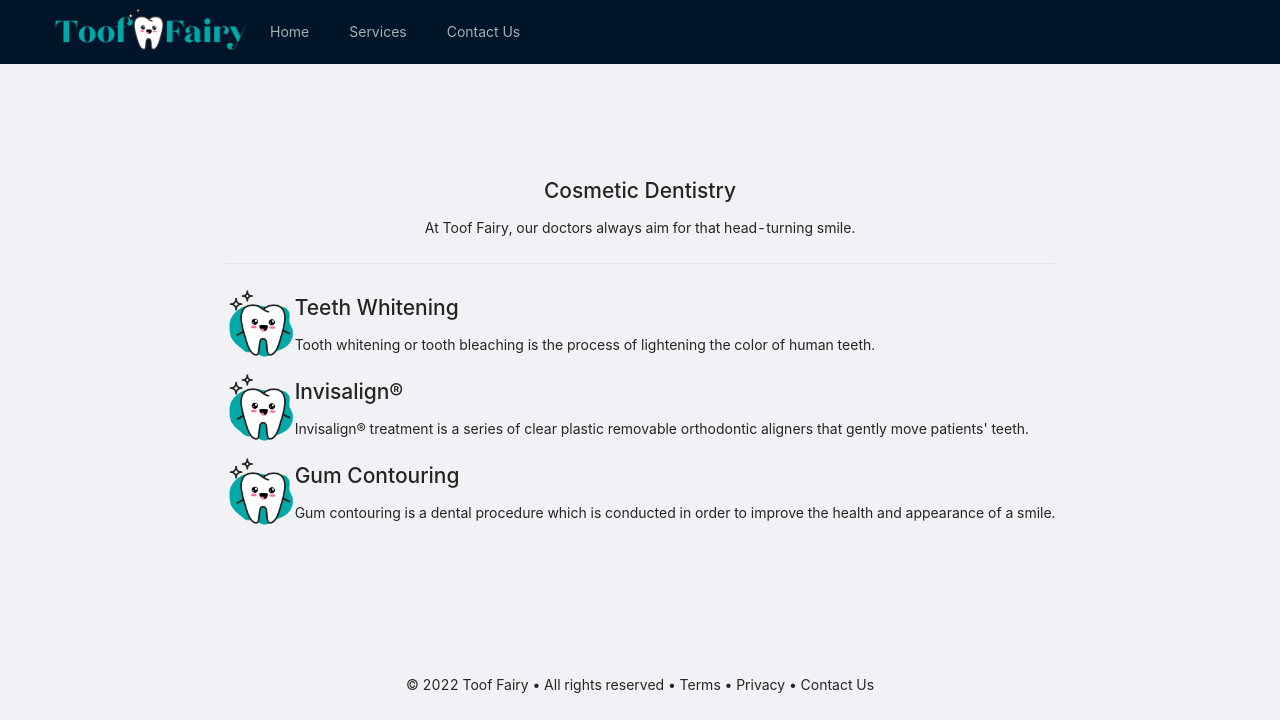
Repository: neldad1/dentist-app
Page: /cosmetic
These files come from the project's save history. The page is drawn as it stood at one moment and after the next save; the edit follows.
The browser window is 1280 px wide. The pictures show the whole page.
The project was rebuilt for these pictures with package versions that can differ from the ones it lists, and the page was loaded fresh each time. Also part of the build but not shown: src/components/Home.jsx, src/components/Contact.jsx, src/components/Services/Resorative.jsx, src/components/Services/Preventative.jsx.

Above is the page before, as saved 2022-03-09 22:07:56.

### public/index.html
<!DOCTYPE html>
<html lang="en">
  <head>
    <meta charset="utf-8" />
    <link rel="ico" href="%PUBLIC_URL%/tfLogo512.svg" />
    <meta name="viewport" content="width=device-width, initial-scale=1" />
    <meta name="theme-color" content="#000000" />
    <meta
      name="description"
      content="Web site created using create-react-app"
    />
    <link rel="apple-touch-icon" href="%PUBLIC_URL%/tfLogo192.png" />
    <!--
      manifest.json provides metadata used when your web app is installed on a
      user's mobile device or desktop. See https://developers.google.com/web/fundamentals/web-app-manifest/
    -->
    <link rel="manifest" href="%PUBLIC_URL%/manifest.json" />
    <!--
      Notice the use of %PUBLIC_URL% in the tags above.
      It will be replaced with the URL of the `public` folder during the build.
      Only files inside the `public` folder can be referenced from the HTML.

      Unlike "/favicon.ico" or "favicon.ico", "%PUBLIC_URL%/favicon.ico" will
      work correctly both with client-side routing and a non-root public URL.
      Learn how to configure a non-root public URL by running `npm run build`.
    -->
    <title>Toof Fairy</title>
  </head>
  <body>
    <noscript>You need to enable JavaScript to run this app.</noscript>
    <div id="root"></div>
    <!--
      This HTML file is a template.
      If you open it directly in the browser, you will see an empty page.

      You can add webfonts, meta tags, or analytics to this file.
      The build step will place the bundled scripts into the <body> tag.

      To begin the development, run `npm start` or `yarn start`.
      To create a production bundle, use `npm run build` or `yarn build`.
    -->
  </body>
</html>

### src/App.js
import { BrowserRouter } from 'react-router-dom';
import './App.css';
import 'antd/dist/antd.min.css';
import Navigation from './components/Router/Navigation';
import AppRoutes from './components/Router/AppRoutes';
import { Layout } from 'antd';
import HeaderLogo from './components/HeaderLogo';
const { Header, Footer, Content } = Layout;

function App() {
  return (
    <Layout className="layout">
      <BrowserRouter>
        <Header>
          <HeaderLogo />
          <Navigation />
        </Header>
        <Content className="content">
          <AppRoutes />
        </Content>
      </BrowserRouter>
      <Footer className="footer">
        © 2022 Toof Fairy • All rights reserved • Terms • Privacy • Contact Us
      </Footer>
    </Layout>
  );
}

export default App;

### src/App.css
.layout {
  height: 100vh;
  width: 100vw;
  text-align: center;
}

.navigation {
  background-color: inherit;;
}

.logo {
  width: 200px;
  height: 50px;
  float: left;
  margin-top: 4px;
}

.footer {
  color: white;
}

.content, .home {
  display: flex;
  flex-direction: column;
  align-items: center;
  justify-content: center;
}

.intro-wrapper {
  text-align: center;
}

.home {
  width: 100%;
  height: 100%;
  background-image: url('/public/cropped.jpg');
  background-size: cover;
  background-repeat: no-repeat;
}

.content-wrapper {
  width: 50%;
  font-family: 'Segoe UI', sans-serif;
  margin-left: 10em;
  color: whitesmoke;
  display: block;
}
.tagline1 {
  font-weight: bolder;
  font-size: 2em;
  margin: 0;
  line-height: 1;
}

.contact-form {
  text-align: left;
}

.service-info {
  display: flex;
  text-align: left;
  margin-bottom: 1em;
  align-items: center;
}

.service-definition {
  margin-left: 1.5em;
}

### src/components/Router/Navigation.jsx
import { Link } from 'react-router-dom';
import { Menu } from 'antd';
const { SubMenu } = Menu;

const Navigation = () => {
  return (
    <Menu mode="horizontal" theme="dark">
      <Menu.Item key="home">
        <span>Home</span>
        <Link to="/" />
      </Menu.Item>
      <SubMenu key="subMenu" title="Services">
        <Menu.Item key="cosmetic">
          <span>Cosmetic</span>
          <Link to="/cosmetic" />
        </Menu.Item>
        <Menu.Item key="restore">
          <span>Restorative</span>
          <Link to="/restorative" />
        </Menu.Item>
        <Menu.Item key="prevent">
          <span>Preventative</span>
          <Link to="/preventative" />
        </Menu.Item>
      </SubMenu>
      <Menu.Item key="contact">
        <span>Contact Us</span>
        <Link to="/contact" />
      </Menu.Item>
    </Menu>
  );
};

export default Navigation;

### src/components/Router/AppRoutes.jsx
import { Route, Routes } from 'react-router-dom';
import Home from '../Home';
import Services from '../Services';
import Contact from '../Contact';
import Cosmetic from '../Services/Cosmetic';
import Restorative from '../Services/Resorative';
import Preventative from '../Services/Preventative';

const AppRoutes = () => {
  return (
    <Routes>
      <Route exact path="/" element={<Home />} />
      <Route path="/cosmetic" element={<Cosmetic />} />
      <Route path="/restorative" element={<Restorative />} />
      <Route path="/preventative" element={<Preventative />} />
      <Route path="/contact" element={<Contact />} />
    </Routes>
  );
};

export default AppRoutes;

### src/components/HeaderLogo.jsx
import { Link } from 'react-router-dom';

const HeaderLogo = () => {
  return (
    <Link to="/">
      <img className="logo" src={require('../tfLogo.png')} alt="TF" />
    </Link>
  );
};

export default HeaderLogo;

### src/components/Services/Cosmetic.jsx
import { Divider } from 'antd';
import ToofImg from '../ToofImg';

const Cosmetic = () => {
  return (
    <div>
      <div>
        <h1>Cosmetic Dentistry</h1>
        <p>
          At Toof Fairy, our doctors always aim for that head-turning smile.
        </p>
      </div>
      <Divider />
      <div className="service-info">
        <ToofImg />
        <div>
          <h2>Teeth Whitening</h2>
          <span>
            Tooth whitening or tooth bleaching is the process of lightening the
            color of human teeth.
          </span>
        </div>
      </div>
      <div className="service-info">
        <ToofImg />
        <div>
          <h2>Invisalign®</h2>
          <span>
            Invisalign® treatment is a series of clear plastic removable
            orthodontic aligners that gently move patients' teeth.{' '}
          </span>
        </div>
      </div>
      <div className="service-info">
        <ToofImg />
        <div>
          <h2>Gum Contouring</h2>
          <span>
            Gum contouring is a dental procedure which is conducted in order to
            improve the health and appearance of a smile.{' '}
          </span>
        </div>
      </div>
    </div>
  );
};

export default Cosmetic;

### src/components/ToofImg.jsx
import { Image } from 'antd';

const ToofImg = () => {
  return (
    <div>
      <Image width={70} src={require('../toof.png')} alt="toof" />
    </div>
  );
};

export default ToofImg;

Loaded but not shown: src/index.js (common file); src/index.css (common file); src/reportWebVitals.js (common file)

After the next save:
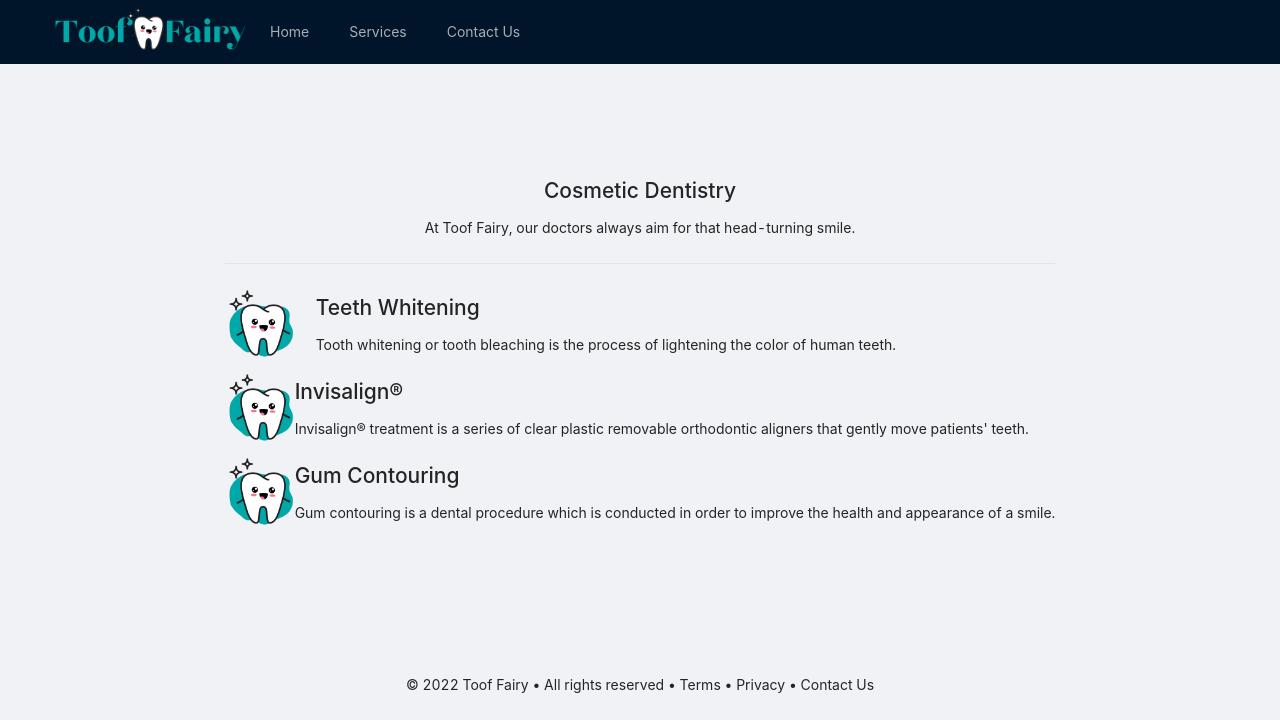
Saved 5 s later.
--- a/src/components/Services/Cosmetic.jsx
+++ b/src/components/Services/Cosmetic.jsx
@@ -13,7 +13,7 @@ const Cosmetic = () => {
       <Divider />
       <div className="service-info">
         <ToofImg />
-        <div>
+        <div className="service-definition">
           <h2>Teeth Whitening</h2>
           <span>
             Tooth whitening or tooth bleaching is the process of lightening the
